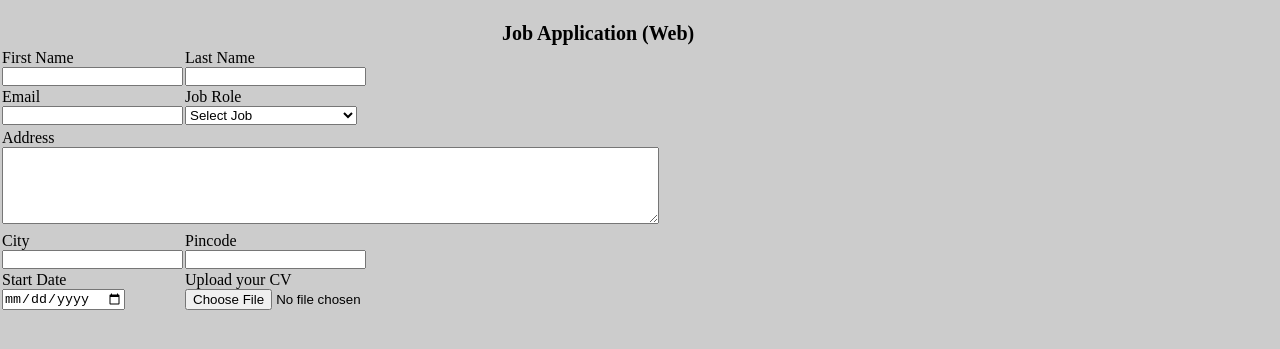
Repository: diensy/JOB-APPLICATION
Page: index.html
These files come from the project's save history. The page is drawn as it stood at one moment and after the next save; the edit follows.
The browser window is 1280 px wide. The pictures show the whole page.

Above is the page before, as saved 2024-02-27 01:12:52.

### index.html
<!DOCTYPE html>
<html lang="en">
  <head>
    <meta charset="UTF-8" />
    <meta name="viewport" content="width=device-width, initial-scale=1.0" />
    <title>Job Application Form</title>
    <link rel="stylesheet" href="Job_Application.css" />
  </head>
  <body>
    <form action="">
      <div class="container">
        <table>
          <tr>
            <td>
              <h2 class="head">
                Job Application <span class="web">(Web)</span>
              </h2>
            </td>
          </tr>
        </table>
      </div>

      <table>
        <tr>
          <td>
            <label for="firstname" id="first">First Name</label>
            <br />
            <input type="text" id="first" />
          </td>
          <td>
            <label for="Lastname" id="last">Last Name</label>
            <br />
            <input type="text" id="last" />
          </td>
        </tr>
        <tr>
          <td>
            <label for="Email" id="Email">Email</label>
            <br />
            <input type="text" id="Email" />
          </td>
          <td>
            <label for="JobRole" id="Job">Job Role</label>
            <br />
            <select name="JobRole" id="Job">
              <option value="Select Job">Select Job</option>
              <option value="JAVA">JAVA DEVELOPER</option>
              <option value="WEB">WEB DEVELOPER</option>
              <option value="BACKEND">BACKEND DEVELOPER</option>
              <option value="MERN DEVELOPER">MERN DEVELOPER</option>
            </select>
          </td>
        </tr>
      </table>
      <table>
        <tr>
          <td>
            <label for="Address" id="address">Address</label>
            <br />
            <textarea name="Address" id="address" cols="80" rows="5"></textarea>
          </td>
        </tr>
      </table>
      <table>
        <tr>
          <td>
            <label for="city" id="city">City</label>
            <br />
            <input type="text" />
          </td>
          <td>
            <label for="pin" id="pin">Pincode</label>
            <br />
            <input type="text" id="pin" />
          </td>
        </tr>
        <tr>
          <td>
            <label for="date" id="date">Start Date</label>
            <br />
            <input type="date" id="date" />
          </td>
          <td>
            <label for="file" id="file">Upload your CV</label>
            <br />
            <input type="file" />
          </td>
        </tr>
      </table>
    </form>
  </body>
</html>

### Job_Application.css
* {
  margin: 0;
  padding: 0;
  box-sizing: border-box;
}
body {
  background-color: #ccc;
}

.head {
  margin-left: 500px;
  margin-top: 20px;
  font-size: 20px;
}

.Web {
  font-size: 10px;
}

After the next save:
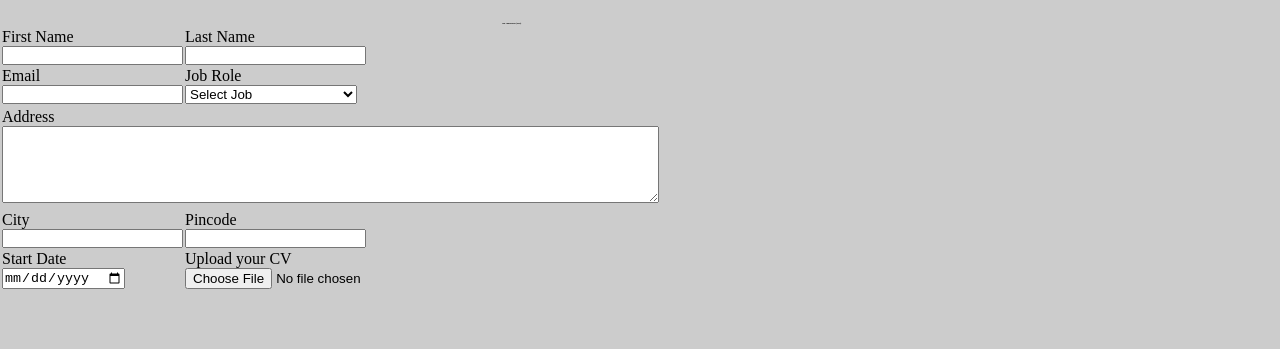
Saved 13 s later.
--- a/Job_Application.css
+++ b/Job_Application.css
@@ -10,7 +10,7 @@ body {
 .head {
   margin-left: 500px;
   margin-top: 20px;
-  font-size: 20px;
+  font-size: 2px;
 }
 
 .Web {
